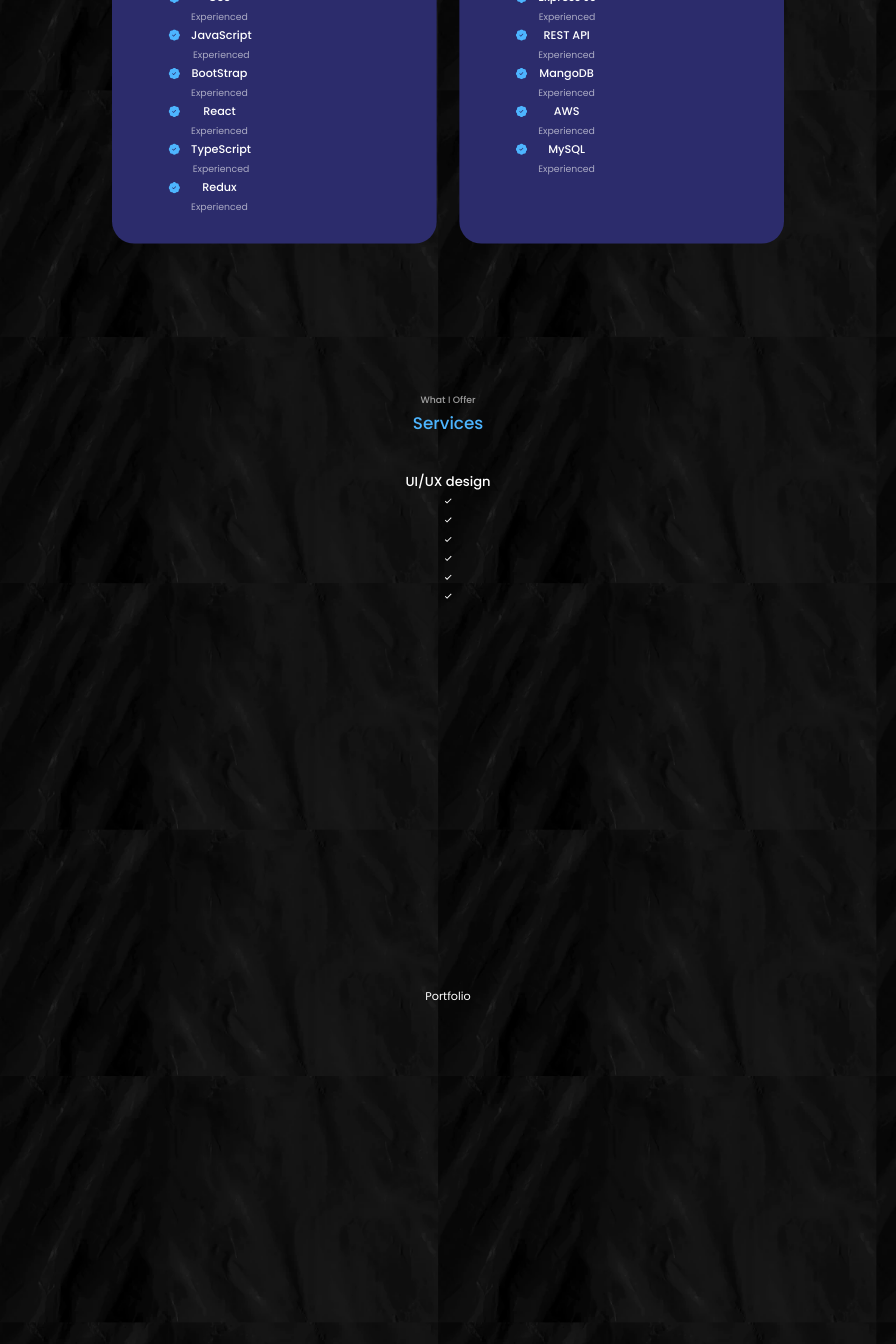
Repository: mayuri2018/Mr_react_portfolio
Page: /
The author's editor kept a copy of each file at every save. The page is drawn from the files as they stood at one save, then again after the next save.
The browser window is 1280 px wide. The pictures show the part of the page from y = 1983 to 3903 px (the page is 5835 px tall), at 70% of full size.
The project was rebuilt for these pictures with package versions that can differ from the ones it lists, and the page was loaded fresh each time. Also part of the build but not shown: src/components/services/services.css, src/components/portfolio/portfolio.css, src/components/testimonials/testimonials.css, src/components/contact/contact.css, src/components/footer/footer.css.

Above is the page before, as saved 2023-01-25 14:48:02.

### public/index.html
<!DOCTYPE html>
<html lang="en">
  <head>
    <meta charset="utf-8" />
    <link rel="icon" href="%PUBLIC_URL%/favicon.ico" />
    <meta name="viewport" content="width=device-width, initial-scale=1" />
    <meta name="theme-color" content="#000000" />
    <meta
      name="description"
      content="Web site created using create-react-app"
    />
    <link rel="apple-touch-icon" href="%PUBLIC_URL%/logo192.png" />
    <!--
      manifest.json provides metadata used when your web app is installed on a
      user's mobile device or desktop. See https://developers.google.com/web/fundamentals/web-app-manifest/
    -->
    <link rel="manifest" href="%PUBLIC_URL%/manifest.json" />
    <!--
      Notice the use of %PUBLIC_URL% in the tags above.
      It will be replaced with the URL of the `public` folder during the build.
      Only files inside the `public` folder can be referenced from the HTML.

      Unlike "/favicon.ico" or "favicon.ico", "%PUBLIC_URL%/favicon.ico" will
      work correctly both with client-side routing and a non-root public URL.
      Learn how to configure a non-root public URL by running `npm run build`.
    -->
    <title>React portfolio</title>
  </head>
  <body>
    <noscript>You need to enable JavaScript to run this app.</noscript>
    <div id="root"></div>
    <!--
      This HTML file is a template.
      If you open it directly in the browser, you will see an empty page.

      You can add webfonts, meta tags, or analytics to this file.
      The build step will place the bundled scripts into the <body> tag.

      To begin the development, run `npm start` or `yarn start`.
      To create a production bundle, use `npm run build` or `yarn build`.
    -->
  </body>
</html>

### src/index.css
@import url('https://fonts.googleapis.com/css2?family=Poppins:wght@300;400;500;600&display=swap');
*{
  margin:0;
  padding: 0;
  border: 0;
  outline: 0;
  box-sizing:border-box;
  list-style: none;
  text-decoration: none;
}
:root{
  --color-bg:#1f1f38;
  --color-bg-variant:#2c2c6c;
  --color-primary:#4db5ff;
  --color-primary-vriant:rgba(77,181,255,0.4);
  --color-white:#fff;
  --color-light:rgba(255, 255, 255, 0.6);
  --transition: all 400ms;
  --container-width-lg:75%;
  --container-width-md:86%;
  --container-width-sm:90%;
}

html {
  scroll-behavior: smooth;
}

::-webkit-scrollbar{
  display: none;
}
body{
  font-family: "Poppins", sans-serif;
  background:var (--color-white);
  color: var(--color-white);
  line-height: 1.7;
  background-image: url(../src/assets/bg-texture.webp);
}
/*---------general style---------*/
.container{
  width: var(--container-width-lg);
  margin: 0 auto;
}

h1,
h2,
h3,
h4,
h5{
  font-weight:500;
}
h1{
  font-size: 2.5rem;
}
section{
  margin-top: 8rem;
  height: 100vh;
}
section > h2,
section >h5{
  text-align: center;
  color: var(--color-light);
}
section > h2{
  color: var(--color-primary);
  margin-bottom: 3rem;
}
.text-light{
  color: var(--color-light);
}
a{
  color: var(--color-primary);
  transition: var(--transition);
}
a:hover{
  color: var(--color-white);
}
.btn{
  width: max-content;
  display: inline-block;
  color: var(--color-primary);
  padding: 0.75rem 1.2rem;
  border-radius: 0.4rem;
  cursor: pointer;
  border: 1px solid var(--color-primary);
  transition: var(--transition);
}
.btn:hover{
  background: var(--color-white);
  color: var(--color-bg);
  border-color: transparent;
}
.btn-primary{
  background: var(--color-primary);
  color: var(--color-bg);
}
img{
  display: block;
  width: 100%;
  object-fit: cover;
}
/*----------Media Queries (Medium devices)-----*/
@media screen and (max-width: 1024px){
  .container{
    width: var(--container-width-md);
  }
  section{
    margin-top: 6rem;
  }

}
/*----------Media Queries (small devices)-----*/
@media screen and (max-width: 600px){
  .container{
    width: var(--container-width-md);
  }
  section > h2{
    margin-bottom: 2rem;
  }

}

### src/components/header/Header.jsx
import React from "react";
import "./header.css";
import ME from "../../assets/ME.jpeg";
import CTA from "./CTA";
import HeaderSocials from "./HeaderSocials";

export default function Header(){
    return(
        <header>
            <div className="container header_container">
                <h5>Hello I'm</h5>
                <h1>Mayuri Vaddempudi</h1>
                <h5 className="text-light">Fullstack Developer</h5>
                <CTA/>
                <HeaderSocials/>
                <div className="me">
                    <img src={ME} alt="me"/>
                </div>
                <a href="#contact" className="scroll_down">Scroll Down</a>
            </div>
        </header>

    )
}

### src/components/nav/Nav.jsx
import React from "react";
import "./nav.css";
import {AiOutlineHome} from "react-icons/ai";
import {BiBook} from "react-icons/bi";
import {AiOutlineUser} from "react-icons/ai";
import {RiServiceLine} from "react-icons/ri";
import {BiMessageSquareDetail} from "react-icons/bi";
import { useState } from "react";

export default function Nav(){
    const[activeNav, setActiveNav] = useState("#")
    return(
        <nav>
            <a href="#" onClick = {()=> setActiveNav("#")}className={activeNav === "#" ? "active" : ""}><AiOutlineHome/></a>
            <a href="#about" onClick = {()=> setActiveNav("#about")}className={activeNav === "#about" ? "active" : ""}><AiOutlineUser/></a>
            <a href="#experience" onClick = {()=> setActiveNav("#experience")}className={activeNav === "#experience" ? "active" : ""}><BiBook/></a>
            <a href="#services" onClick = {()=> setActiveNav("#services")}className={activeNav === "#services" ? "active" : ""}><RiServiceLine/></a>
            <a href="#contact" onClick = {()=> setActiveNav("#contact")}className={activeNav === "#contact" ? "active" : ""}><BiMessageSquareDetail/></a>
        </nav>

    )
}

### src/components/about/About.jsx
import React from "react";
import "./about.css";
import ME from "../../assets/ME.jpeg";
import{FaAward} from "react-icons/fa";
import{FiUsers} from "react-icons/fi";
import{VscFolderLibrary} from "react-icons/vsc";

export default function About(){
    return(
        <section id="about">
            <h5>Get To Know</h5>
            <h2>About Me</h2>
            <div className="container about_container">
                <div className="about_me">
                    <div className="about_me-image">
                        <img src={ME} alt="About-image"/>
                    </div>
                </div>

                <div className="about_content">
                    <div className="about_cards">
                        <article className="about_card">
                            <FaAward className="about_icon"/>
                            <h5>Experience</h5>
                            <small>4+ Years working</small>
                        </article>

                        <article className="about_card">
                            <FiUsers className="about_icon"/>
                            <h5>Clients</h5>
                            <small>5 Worldwide</small>
                        </article>

                        <article className="about_card">
                            <VscFolderLibrary className="about_icon"/>
                            <h5>Projects</h5>
                            <small>5+ Completed</small>
                        </article>
                    </div>
                    <p>
                    Overall with 4 years of experience including design & developing for building websites.
                    My experience in web design led me to learn technologies such as SEO, Google Analytics,
                    Schema Markup and Wireframe.
                    Passionate about work in cross-functional teams and delivering the best solutions for customers.
                    Currently working on web apps created on ReactJs, Redux, React-router, and Axios.
                    Open for relocation and working as a front-end.
                    </p>
                    <a href="#contact" className="btn-primary">Let's Talk</a>
                </div>
            </div>
        </section>
    )
}

### src/components/services/Services.jsx
import React from "react";
import "./services.css";
import{BiCheck} from "react-icons/bi"

export default function Services(){
    return(
        <section id="services">
            <h5>What I Offer</h5>
            <h2>Services</h2>
            <div className="container service_container">
                <article className="service">
                    <div className="service_head">
                        <h3>UI/UX design</h3>
                    </div>
                    <ul className="service_list">
                        <li>
                            <BiCheck className="service_list-icon"/>
                            <p></p>
                        </li>
                        <li>
                            <BiCheck className="service_list-icon"/>
                            <p></p>
                        </li>
                        <li>
                            <BiCheck className="service_list-icon"/>
                            <p></p>
                        </li>
                        <li>
                            <BiCheck className="service_list-icon"/>
                            <p></p>
                        </li>
                        <li>
                            <BiCheck className="service_list-icon"/>
                            <p></p>
                        </li>
                        <li>
                            <BiCheck className="service_list-icon"/>
                            <p></p>
                        </li>
                    </ul>
                </article>
                {/*End of UI/UX */}
            </div>
        </section>
    )
}

### src/components/portfolio/Portfolio.jsx
import React from "react";
import "./portfolio.css";

export default function Portfolio(){
    return(
        <section id="portfolio">Portfolio</section>
    )
}

### src/components/testimonials/Testimonials.jsx
import React from "react";
import "./testimonials.css";

export default function Testimonials(){
    return(
        <section id="testimonials">Testimonials</section>
    )
}

### src/components/contact/Contact.jsx
import React from "react";
import "./contact.css";

export default function Contact(){
    return(
        <section id="contact">Contact</section>
    )
}

### src/components/footer/Footer.jsx
import React from "react";
import "./footer.css";

export default function Footer(){
    return(
        <div>Footer</div>
    )
}

### src/components/header/header.css
header{
    height: 100vh;
    padding-top: 7rem;
    overflow: hidden;
}
.header_container{
    text-align: center;
    height: 100%;
    position: relative;
}
/*------------CTA-----------*/
.cta{
    margin-top: 2.5rem;
    display: flex;
    gap: 1.2rem;
    justify-content: center;
}
/*------------headerSocials-----------*/
.header_socials{
    display: flex;
    flex-direction: column;
    align-items: center;
    gap: 0.8rem;
    position: absolute;
    left: 0;
    bottom: 3rem;
}
.header_socials::after{
    content: "";
    width: 1px;
    height: 2rem;
    background: var(--color-primary);
}
/*------------ME-----------*/
.me{
    background: linear-gradient(var(--color-primary), transparent);
    width: 22rem;
    height: 30rem;
    position: absolute;
    left: calc(50% - 11rem);
    margin-top: 4rem;
    border-radius: 12rem 12rem 0 0;
    overflow: hidden;
    padding: 5rem 1.5rem 1.5rem 1.5rem;
}
/*------------scroll down-----------*/
.scroll_down{
    position: absolute;
    right: -2.3rem;
    bottom: 5rem;
    transform: rotate(90deg);
    font-weight: 300;
    font-size: 0.9;
}
/*----------Media Queries (Medium devices)-----*/
@media screen and (max-width: 1024px){
    header{
        height: 68vh;
    }

  }
  /*----------Media Queries (small devices)-----*/
  @media screen and (max-width: 600px){
    header{
        height: 100vh;
    }
    .header_socials,
    .scroll_down{
        display: none;
    }
  }

### src/components/header/CTA.jsx
import React from "react";

export default function CTA(){
    return(
        <div className="cta">
           <a href="{CV}" className="btn">Download CV</a>
           <a href="#contact" className="btn btn-primary">Let's Talk</a>
        </div>
    )
}

### src/components/header/HeaderSocials.jsx
import React from "react";
import {BsLinkedin} from "react-icons/bs";
import {BsGithub} from "react-icons/bs";
import {FaDribbble} from "react-icons/fa";

export default function HeaderSocials(){
    return(
        <div className="header_socials">
            <a href="https://linkedin.com" target="_blank"><BsLinkedin/></a>
            <a href="https://github.com" target="_blank"><BsGithub/></a>
            <a href="https://dribble.com" target="_blank"><FaDribbble/></a>
        </div>
    )
}

### src/components/nav/nav.css
nav{
    background: rgba(0, 0, 0, 0.3);
    width: max-content;
    display: block;
    padding: 0.7rem 1.7rem;
    z-index: 2;
    position: fixed;
    left: 50%;
    transform: translate(-50%);
    bottom: 2rem;
    display: flex;
    gap: 0.8rem;
    border-radius: 3rem;
    backdrop-filter: blur(15px);
}
nav a{
    background: transparent;
    padding: 0.9rem;
    border-radius: 50%;
    display: flex;
    color: var(--color-light);
    font-size: 1.1rem;
}
nav a:hover{
    background:rgba(0, 0, 0, 0.3);
}
nav a.active{
    background: var(--color-bg);
    color: var(--color-white);
}

### src/components/about/about.css
.about_container{
    display: grid;
    grid-template-columns: 35% 50%;
    gap:15%;
}

.about_me{
    width: 100%;
    aspect-ratio: 1/1;
    border-radius: 2rem;
    background: linear-gradient(
        45deg,
        transparent,
        var(--color-primary),
        transparent);
    display: grid;
    place-items: center;
}

.about_me-image{
    border-radius: 2rem;
    overflow: hidden;
    transform: rotate(10deg);
    transition: var(--transition);
}

.about_me-image:hover{
    transform: rotate(0);
}
.about_cards{
    display: grid;
    grid-template-columns: repeat(3, 1fr);
    gap: 1.5em;
}

.about_card{
    background: var(--color-bg-variant);
    border: 1px solid transparent;
    border-radius: 1rem;
    padding: 2rem;
    text-align: center;
    transition: var(--transition);
}

.about_card:hover{
    background: transparent;
    border-color: var(--color-primary-variant);
    cursor: default;
}

.about_icon{
    color: var(--color-primary);
    font-size: 1.4rem;
    margin-bottom: 1rem;
}
.about_card h5{
    font-size: 0.9rem;
}

.about_card small{
    font-size: 0.7rem;
    color: var(--color-light);
}

.about_content p{
    margin: 2rem 0 2.6rem;
    color:var(--color-light);
}

/*----------Media Queries (Medium devices)-----*/
@media screen and (max-width: 1024px){
    .about_container{
        grid-template-columns: 1fr;
        gap:0;
    }
    .about_me{
        width: 50%;
        margin: 1rem 0 1.5rem;
    }

  }
  /*----------Media Queries (small devices)-----*/
  @media screen and (max-width: 600px){
    .about_me{
        width: 65%;
        margin: 0 auto 3rem;
    }
    .about_cards{
        grid-template-columns: 1fr 1fr;
        gap:1rem ;
    }
    .about_content{
        text-align: center;
    }
    .about_content p{
        margin: 1.5rem 0;
    }
  }

### src/components/experience/experience.css
.experience_container{
    display: grid;
    grid-template-columns: 1fr 1fr;
    gap:2rem;
}
.experience_container > div{
    background:var(--color-bg-variant);
    padding: 2.4rem 5rem;
    border-radius: 2rem;
    border: 1px solid transparent;
    transition: var(--transition);
}

.experience_container > div:hover{
    background: transparent;
    border-color: var(--color-primary-variant);
    cursor: default;
}
.experience_container > div h3{
    text-align: center;
    margin-bottom: 2rem;
    color: var(--color-primary);
}

.experience_container{
    display: grid;
    grid-template-columns: 1fr 1fr;
    row-gap: 2rem;
}
.experience_details{
    display: flex;
    gap:1rem;
}
.experience_details-icon{
    margin-top: 6px;
    color: var(--color-primary);
}

/*----------Media Queries (Medium devices)-----*/
@media screen and (max-width: 1024px){
    .experience_container{
        grid-template-columns: 1fr;
    }
    .experience_container > div{
        width: 80%;
        padding: 2rem;
        margin: 0 auto;
    }
    .experience_content{
        padding: 1rem;
    }

  }
  /*----------Media Queries (small devices)-----*/
  @media screen and (max-width: 600px){
   .experience_container{
    gap:1rem;
   }
   .experience_container > div{
    width: 100%;
    padding: 2rem 1rem;
   }
  }

Loaded but not shown: src/index.js (common file); src/reportWebVitals.js (common file); src/App.css (common file); src/App.js (30 lines, source omitted); src/components/experience/Experience.jsx (127 lines, source omitted)

After the next save:
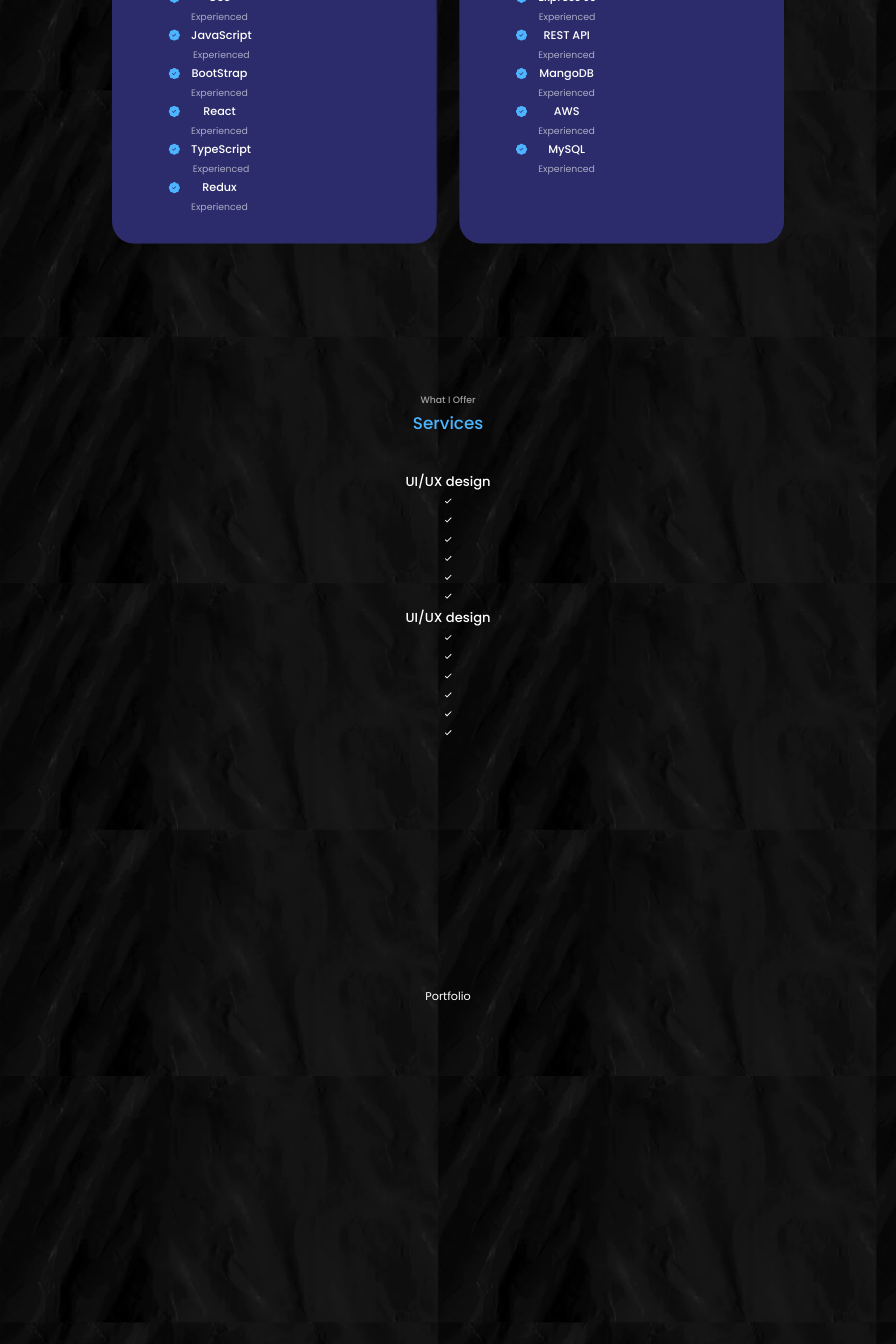
Saved 59 s later.
--- a/src/components/services/Services.jsx
+++ b/src/components/services/Services.jsx
@@ -40,6 +40,38 @@
                     </ul>
                 </article>
                 {/*End of UI/UX */}
+                <article className="service">
+                    <div className="service_head">
+                        <h3>UI/UX design</h3>
+                    </div>
+                    <ul className="service_list">
+                        <li>
+                            <BiCheck className="service_list-icon"/>
+                            <p></p>
+                        </li>
+                        <li>
+                            <BiCheck className="service_list-icon"/>
+                            <p></p>
+                        </li>
+                        <li>
+                            <BiCheck className="service_list-icon"/>
+                            <p></p>
+                        </li>
+                        <li>
+                            <BiCheck className="service_list-icon"/>
+                            <p></p>
+                        </li>
+                        <li>
+                            <BiCheck className="service_list-icon"/>
+                            <p></p>
+                        </li>
+                        <li>
+                            <BiCheck className="service_list-icon"/>
+                            <p></p>
+                        </li>
+                    </ul>
+                </article>
+                {/*End of Frontend */}
             </div>
         </section>
     )
